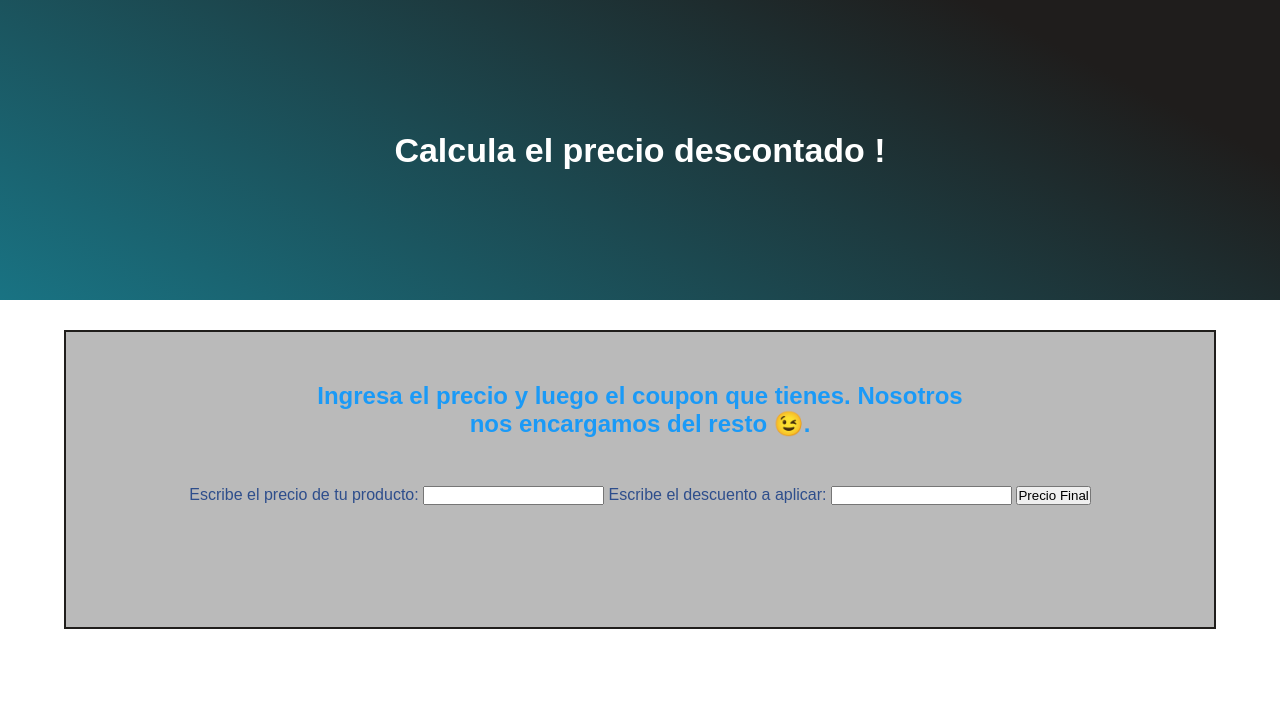
Repository: ChristianGecchelin/javascript-project
Page: javascript-project/descuentos y porcentajes/descuentos.html
These files come from the project's save history. The page is drawn as it stood at one moment and after the next save; the edit follows.
The browser window is 1280 px wide. The pictures show the whole page.

Above is the page before, as saved 2021-12-05 18:24:31.

After the next save:
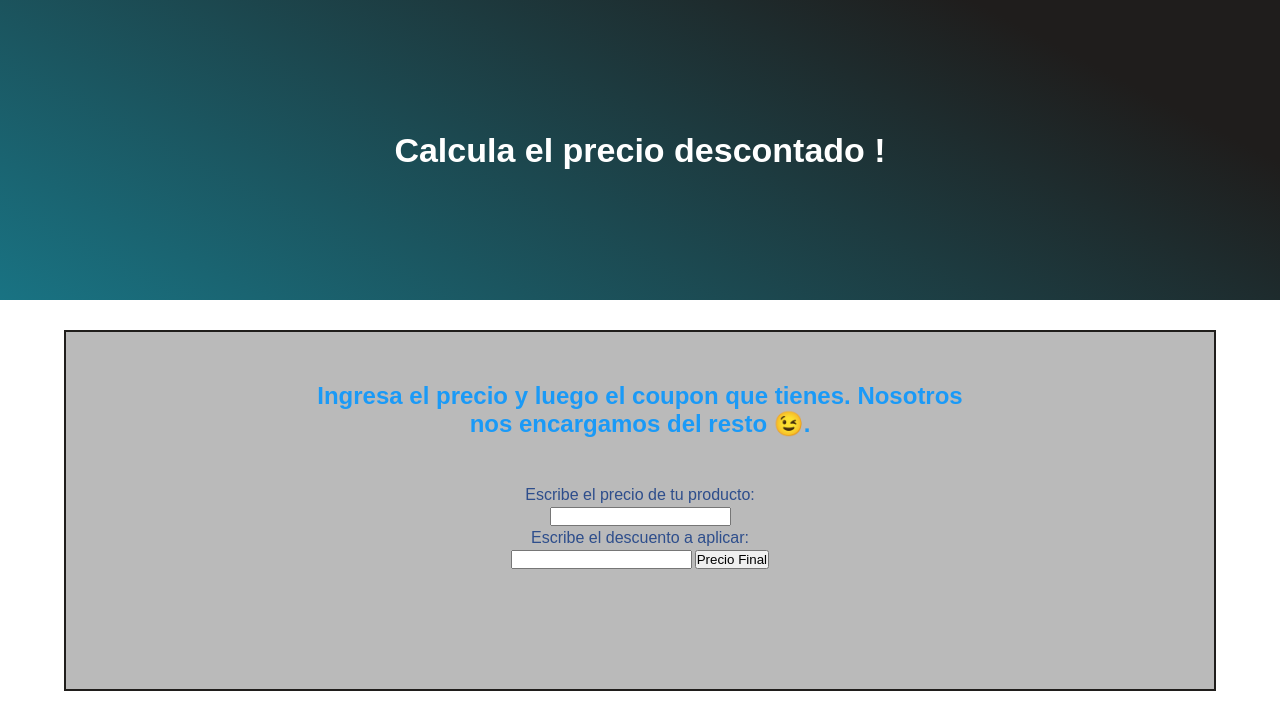
Saved 11 s later.
--- a/javascript-project/descuentos y porcentajes/style.css
+++ b/javascript-project/descuentos y porcentajes/style.css
@@ -72,7 +72,7 @@ header .header--title-container h1 {
   height: auto;
   padding: 20px 20px;
 }
-.title-container .container-form {
+.title-container .container-form .form--label-input {
   display: block;
   font-size: 1.6rem;
   font-weight: 500;
